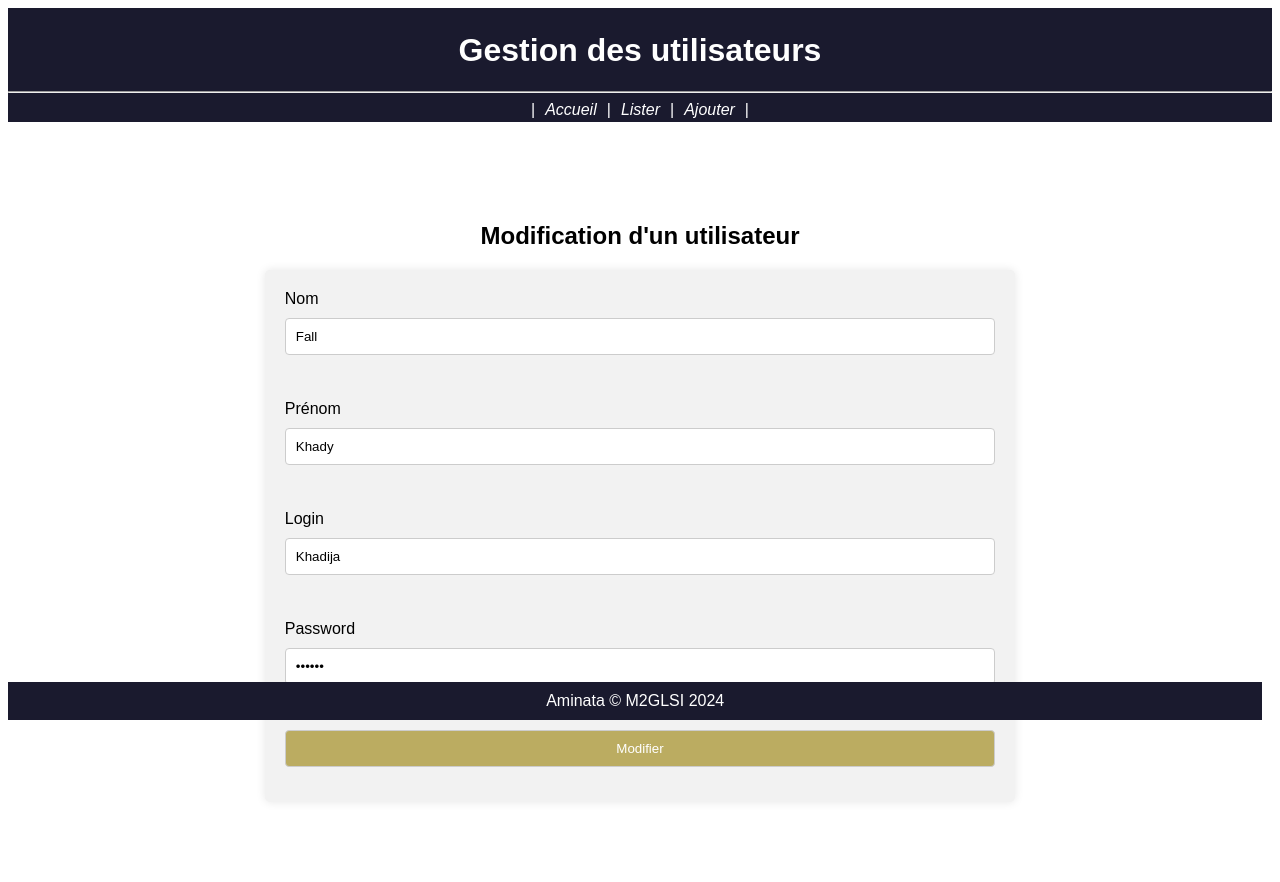
Repository: MariamaKessoBah/workspace
Page: http://localhost/gesusers3/update?id=1
The author's editor kept a copy of each file at every save. The page is drawn from the files as they stood at one save, then again after the next save.
The browser window is 1280 px wide. The pictures show the whole page.
The page is served by Tomcat 10.

Above is the page before, as saved 2024-04-25 10:41:39.

After the next save:
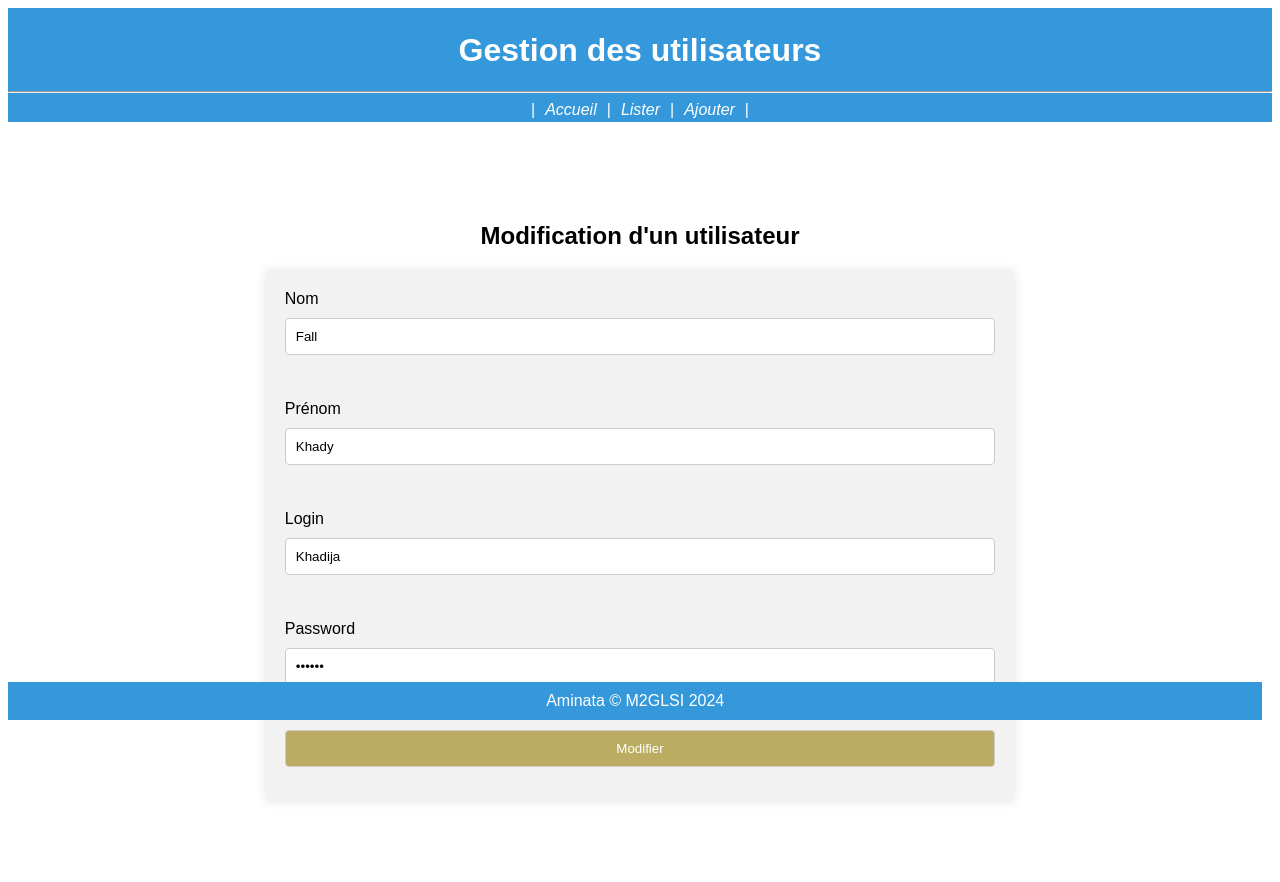
Saved 5 min 0 s later.
--- a/gesusers3/src/main/webapp/css/design.css
+++ b/gesusers3/src/main/webapp/css/design.css
@@ -1,5 +1,5 @@
 header {
-    background-color: #1a1a2e; /* Bleu foncé */
+    background-color: #3498db; /* Bleu clair */
     color: #fff;
     padding: 3px 0;
     text-align: center;
@@ -75,12 +75,13 @@ section table {
 
 section table th,
 section table td {
-    border: 1px solid #ddd;
+    border: 1px solid #3498db; /* Bleu clair */
     padding: 8px;
 }
 
 section table th {
-    background-color: #bbac61;
+    background-color: #1a1a2e; /* Bleu foncé */
+    color: #fff;
     text-align: left;
 }
 
@@ -144,7 +145,7 @@ section table th {
 }
 
 footer {
-    background-color: #1a1a2e; /* Bleu foncé */
+    background-color: #3498db; /* Bleu clair */
     color: #fff;
     padding: 10px 0;
     text-align: center;
